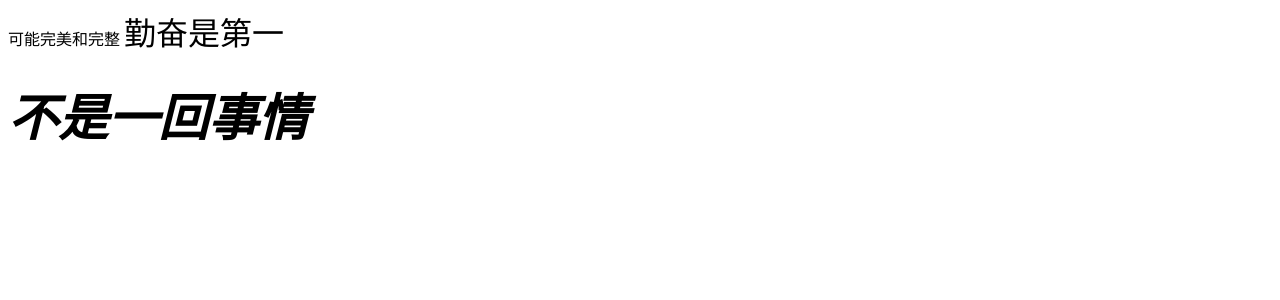
Repository: yuquan1006/-
Page: 02_css/demo.html
These files come from the project's save history. The page is drawn as it stood at one moment and after a run of saves; the edit follows.
The browser window is 1280 px wide. The pictures show the whole page.

Above is the page before, as saved 2023-06-26 10:35:11.

After the next 2 saves:
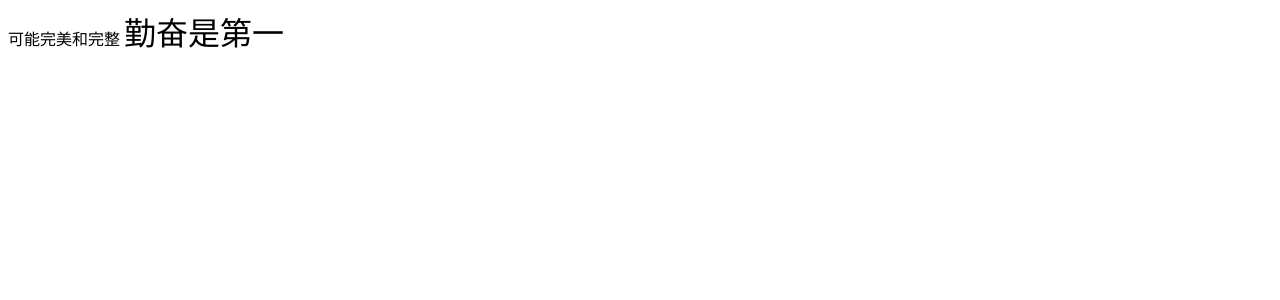
The 2 saves are shown as one change because they came seconds apart.
The last was saved 17 s later.
--- a/02_css/demo.html
+++ b/02_css/demo.html
@@ -24,8 +24,9 @@
     <div>
         可能完美和完整
         <label>勤奋是第一</label>
-        <p>不是一回事情</p>
     </div>
+
+
 
     <!-- 字体属性-->
 
